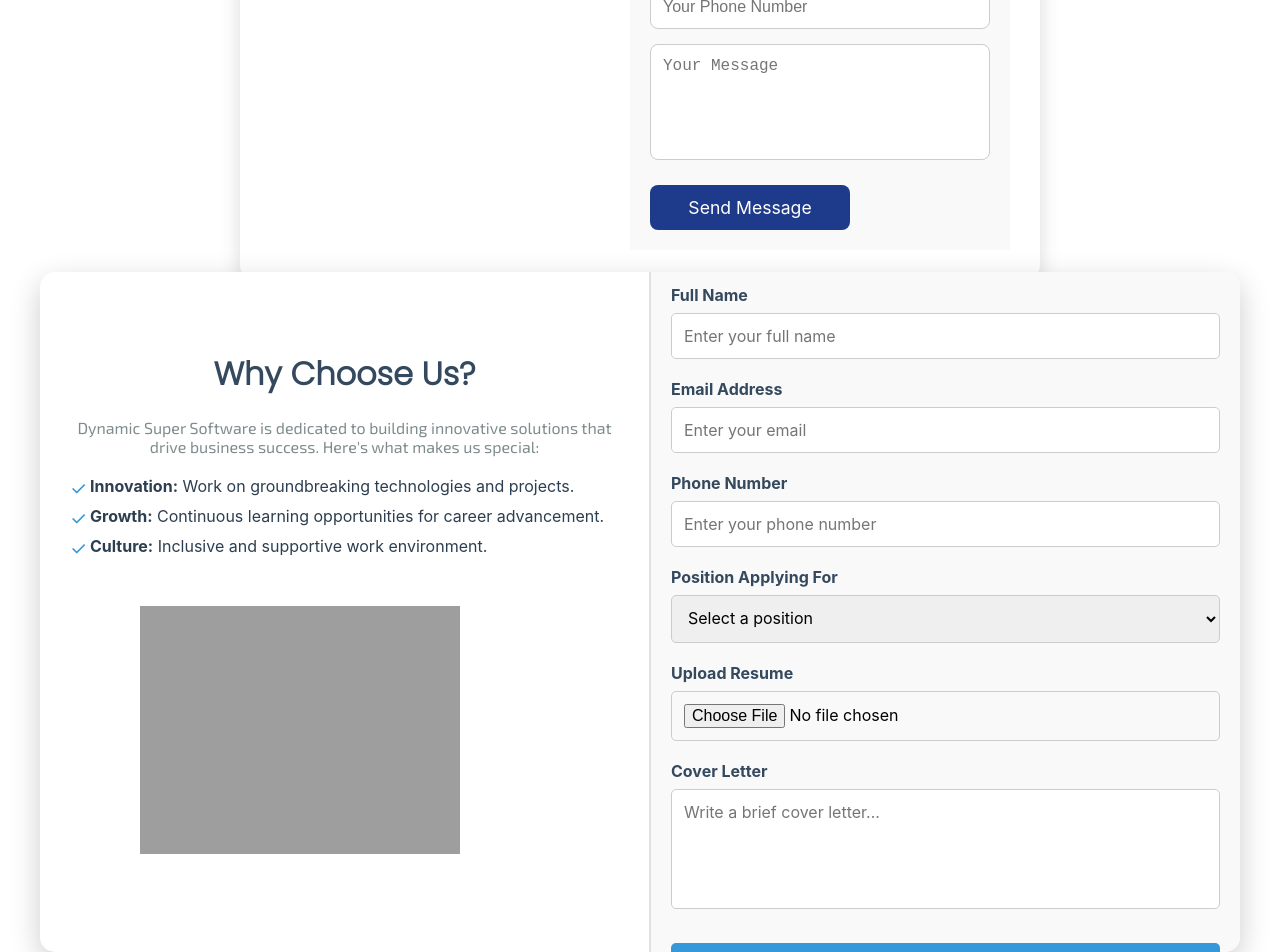
Repository: abhibkop27/CIMDR
Page: src/home.html
The author's editor kept a copy of each file at every save. The page is drawn from the files as they stood at one save, then again after the next save.
The browser window is 1280 px wide. The pictures show the part of the page from y = 2598 to 3550 px (the page is 3550 px tall).
Pictures or frames that could not be fetched are drawn as grey boxes. A picture or video elsewhere on the page could not be fetched, so the positions and the page height are approximate. Some web fonts or font styles are not loaded; a fallback is used.

Above is the page before, as saved 2025-01-17 17:47:28.

After the next save:
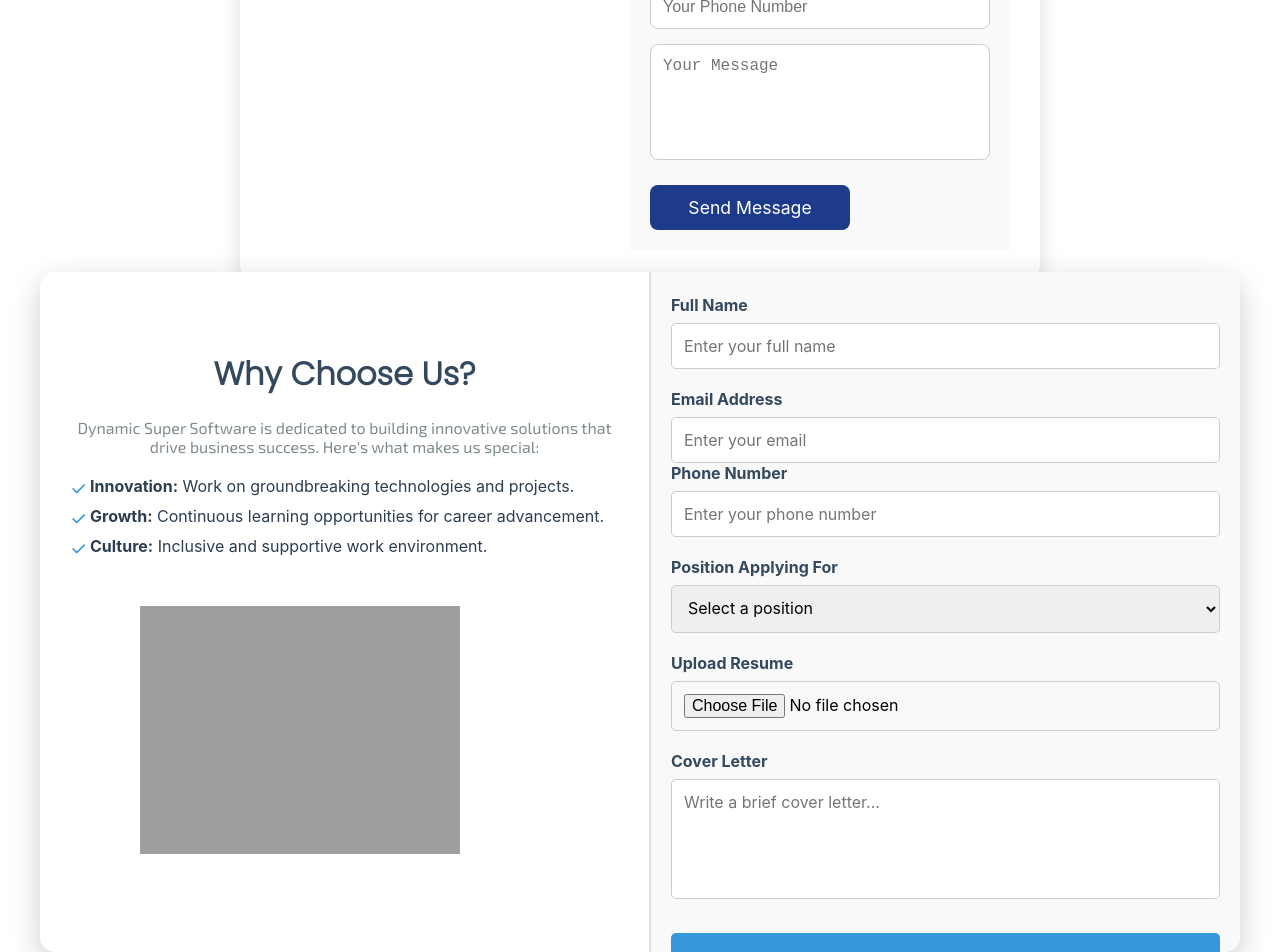
Saved 112 s later.
--- a/src/home.html
+++ b/src/home.html
@@ -293,15 +293,16 @@
 
                 </div>
 
-                <div class="form-group">
-                    <label for="email">Email Address</label>
-                    <input type="email" id="email" name="email" placeholder="Enter your email" required>
-                </div>
-
-                <div class="form-group">
-                    <label for="phone">Phone Number</label>
-                    <input type="tel" id="phone" name="phone" placeholder="Enter your phone number" required>
-                </div>
+                <div class="form-group row-fields">
+                  <div class="half-width">
+                      <label for="email">Email Address</label>
+                      <input type="email" id="email" name="email" placeholder="Enter your email" required>
+                  </div>
+                  <div class="half-width">
+                      <label for="phone">Phone Number</label>
+                      <input type="tel" id="phone" name="phone" placeholder="Enter your phone number" required>
+                  </div>
+              </div>
 
                 <div class="form-group">
                     <label for="position">Position Applying For</label>
